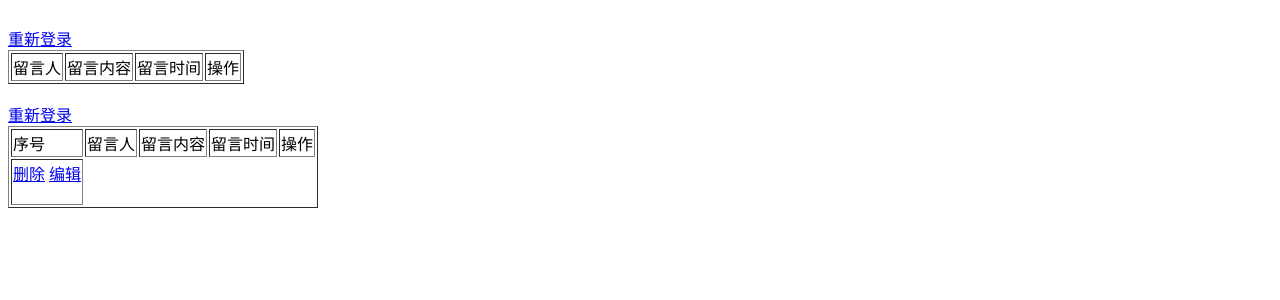
Repository: suxiaohutot/PHP
Page: http://localhost/liuyanlist.php
An editor plug-in stored every save of this project. The page is shown before and after the next save, followed by the edit.
The browser window is 1280 px wide. The pictures show the whole page.
The page is run by PHP 8.4 with error messages shown; the project is at /var/www/html/. Queries for data that is not in the repository find no rows.

Above is the page before, as saved 2019-10-25 07:03:12.

After the next save:
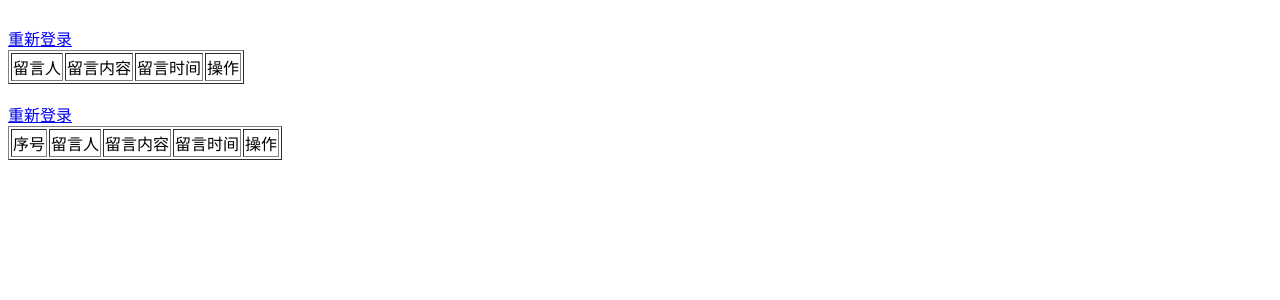
Saved 27 s later.
--- a/test/liuyanlist.php
+++ b/test/liuyanlist.php
@@ -57,7 +57,7 @@ while($reut=mysqli_fetch_assoc($seti)){
     }
     $time=$reut['time'];
     $id=$reut['id'];
-}
+
 ?>
 <td>
     <a href="delt.php?url=delt.php&id=<?php echo $id ?>">删除</a>
@@ -65,6 +65,6 @@ while($reut=mysqli_fetch_assoc($seti)){
     <br/><br/>
 </td>
 <?php
-
+}
 echo "<br>"."<a href='dengluhtml.php'>重新登录</a>";
 ?>
